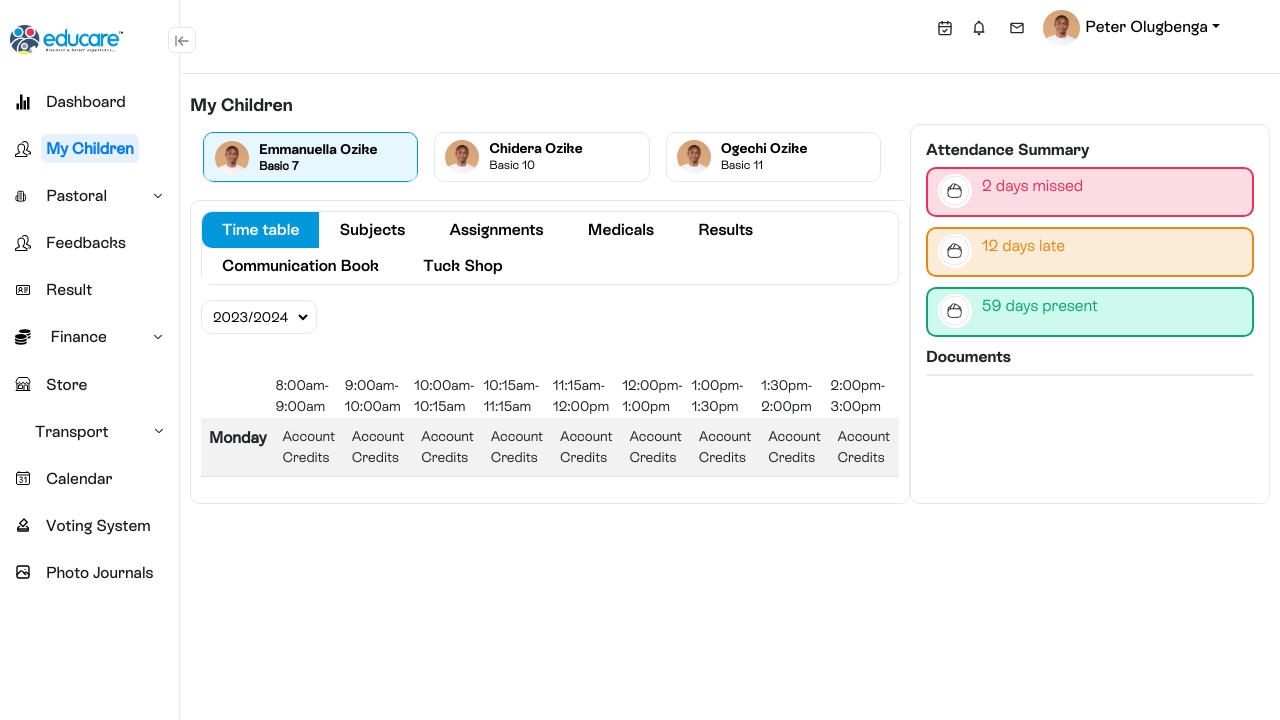
Repository: sarahnnanyelugo/educare-dashboards
Page: /my-children
The author's editor kept a copy of each file at every save. The page is drawn from the files as they stood at one save, then again after the next save.
The browser window is 1280 px wide. The pictures show the whole page.
The project was rebuilt for these pictures with package versions that can differ from the ones it lists, and the page was loaded fresh each time. Also part of the build but not shown: src/Dashboards/Parents/MainView/main-view.scss, src/components/News/news.scss, src/components/News/News.js, src/TestData/newsData.js, src/TestData/schEvents.js, src/components/ResultChart/ResultChart.js, src/components/Calender/calender.scss, src/components/Calender/Calender.js and 5 more.

Above is the page before, as saved 2024-10-16 08:37:37.

After the next save:
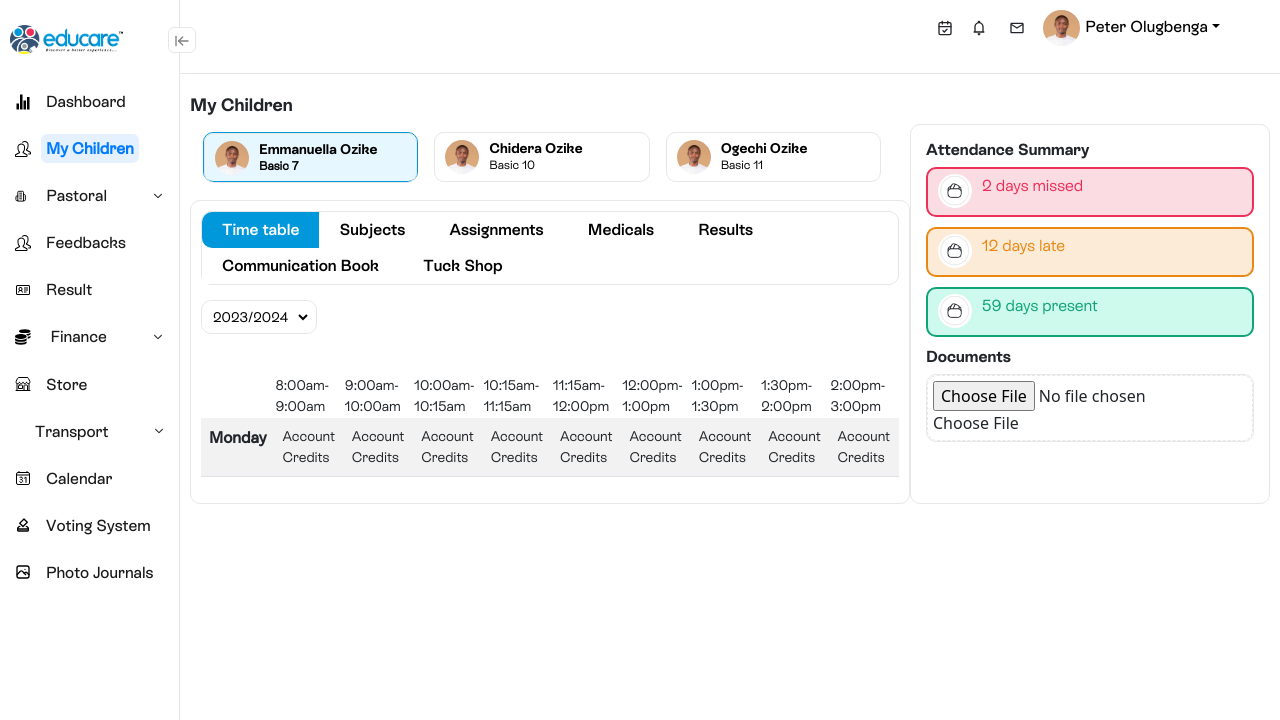
Saved 31 s later.
--- a/src/Dashboards/Parents/MyChildren/MyChildren.js
+++ b/src/Dashboards/Parents/MyChildren/MyChildren.js
@@ -10,6 +10,7 @@ import {
 import { Children } from "./Children";
 import { ActivityTab } from "./ActivityTab";
 import Icon from "../../../assets/images/wallet.png";
+import { FileUpload } from "../../../components/FIleUpload/FileUpload";
 
 export const MyChildren = () => {
   const [activeTab, setActiveTab] = useState(1); // Default to first tab
@@ -81,7 +82,9 @@ export const MyChildren = () => {
           </div>
           <h6>Documents</h6>
           <div className="card">
-            <div className="fil-upload"></div>
+            <div className="fil-upload">
+              <FileUpload />
+            </div>
           </div>
         </div>
       </div>
